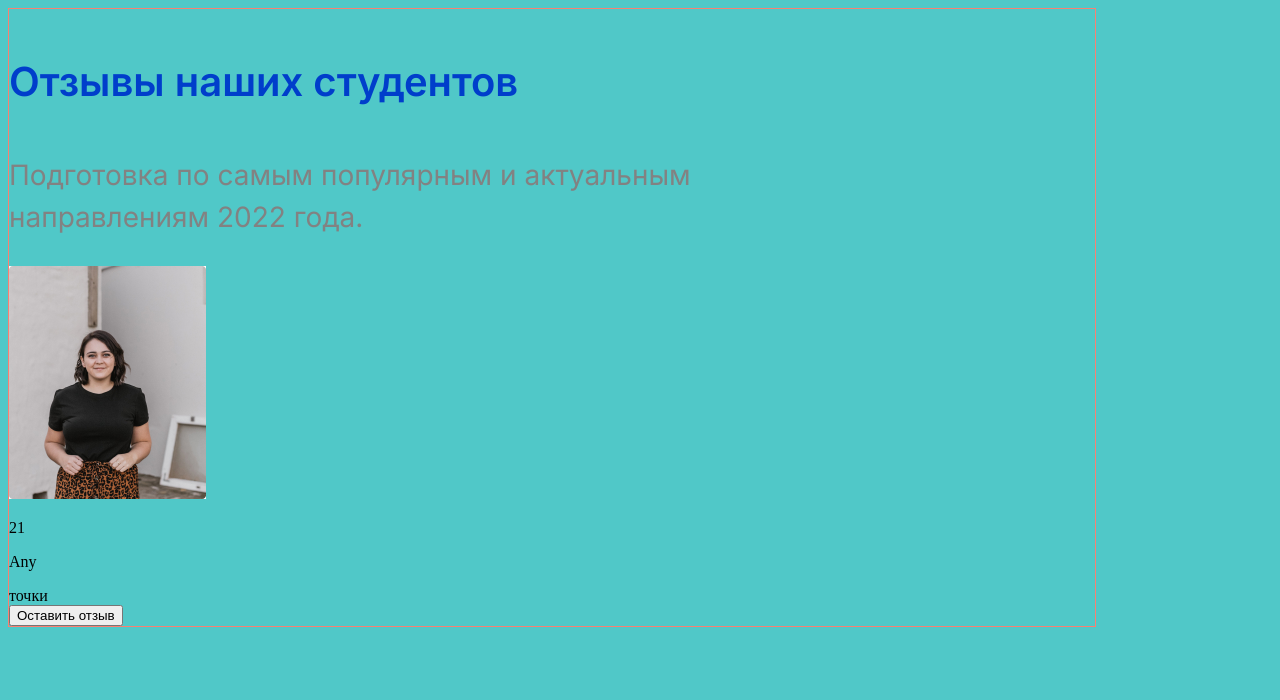
Repository: Malvuna/Studi
Page: index.html
An editor plug-in stored every save of this project. The page is shown before and after a run of saves, followed by the edit.
The browser window is 1280 px wide. The pictures show the whole page.

Above is the page before, as saved 2022-07-11 17:11:11.

After the next 3 saves:
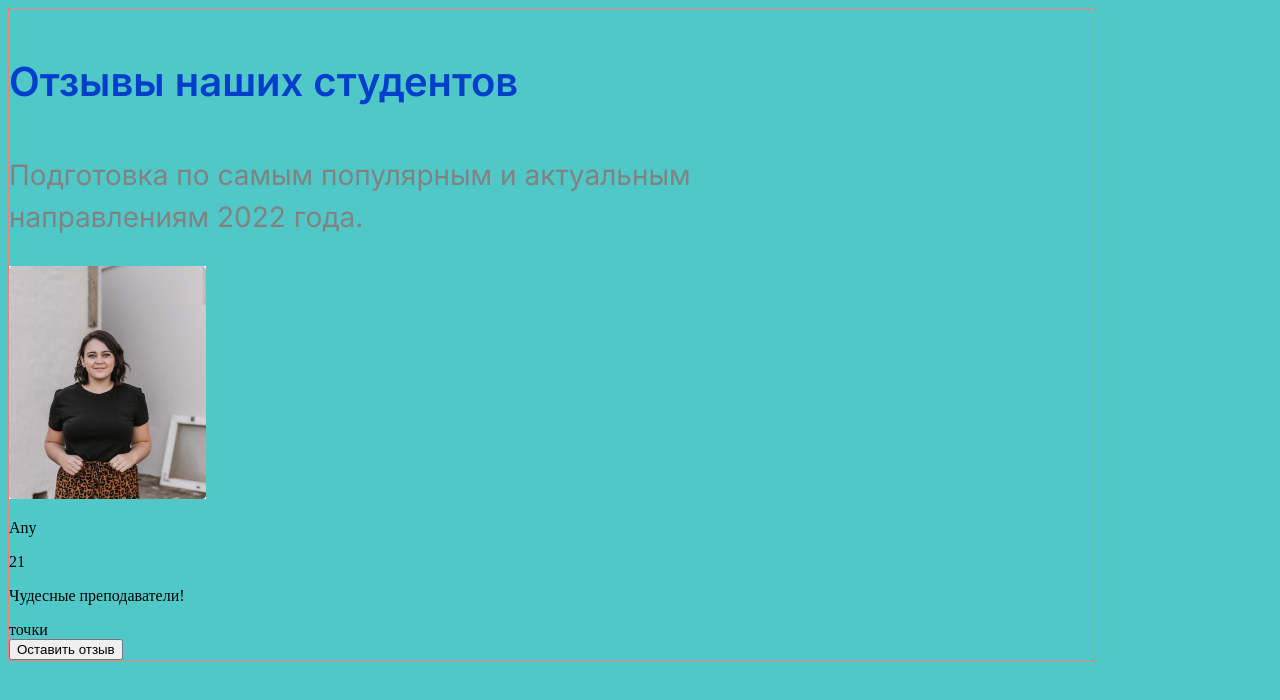
The 3 saves are shown as one change because they came seconds apart.
The last was saved 10 s later.
--- a/javascript/javascript.js
+++ b/javascript/javascript.js
@@ -32,4 +32,4 @@ divOneCard.append(cardRight);
 
 let textHead = document.createElement("p");
 textHead.innerHTML = "Чудесные преподаватели!";
-cardLeft.append(textName);
+cardRight.append(textHead);
